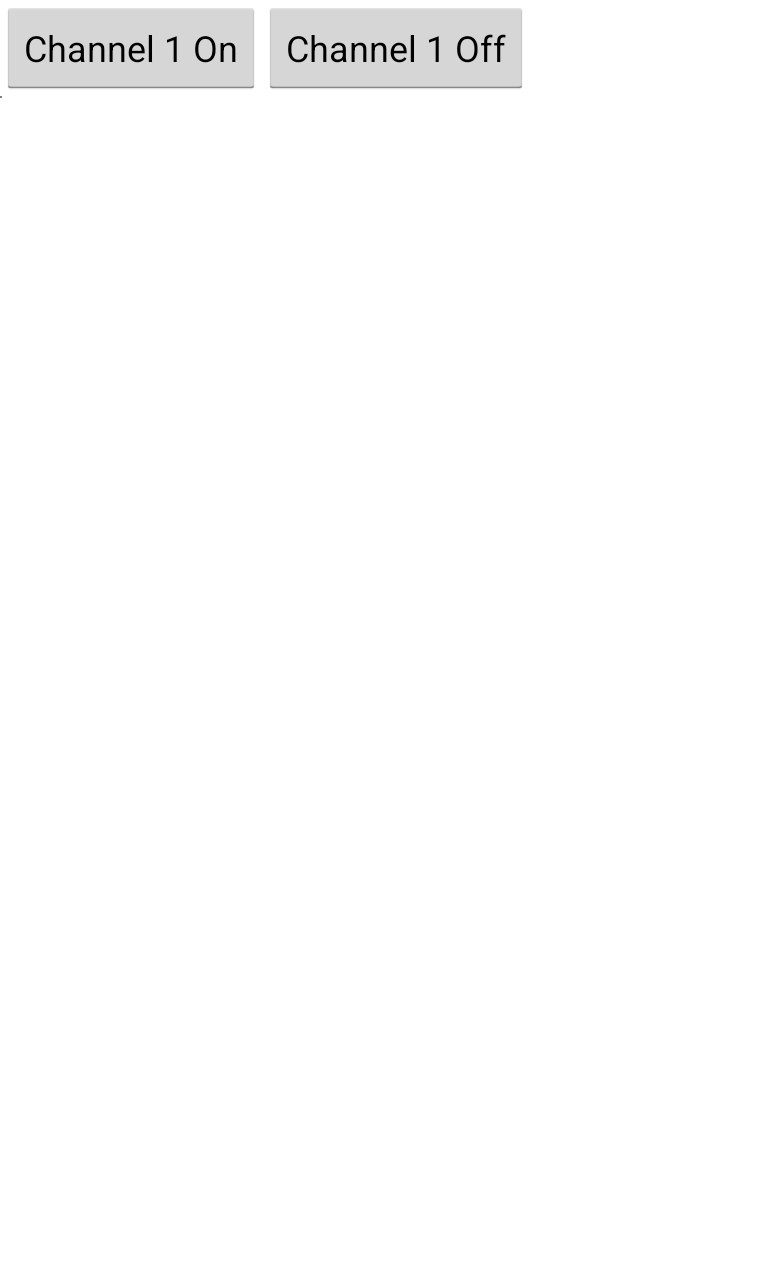
Repository: AungWinnHtut/projAndroid
Layout: GPIO/res/layout/activity_main.xml
These files come from the project's save history. The layout is drawn as it stood at one moment and after the next save; the edit follows.
It is drawn on a 768 x 1280 px phone screen (xhdpi) without system bars, with theme AppTheme; the app's code is not run.

Above is the layout before, as saved 2015-08-22 05:09:45.

### GPIO/res/layout/activity_main.xml
<LinearLayout xmlns:android="http://schemas.android.com/apk/res/android"
    xmlns:tools="http://schemas.android.com/tools"
    android:layout_width="match_parent"
    android:layout_height="match_parent"
    android:orientation="vertical" >

    <LinearLayout
        android:layout_width="match_parent"
        android:layout_height="wrap_content"
        android:orientation="horizontal" >

        <Button
            android:id="@+id/button1"
            android:layout_width="wrap_content"
            android:layout_height="wrap_content"
            android:onClick="funOn"
            android:text="Channel 1 On" />

        <Button
            android:id="@+id/button2"
            android:layout_width="wrap_content"
            android:layout_height="wrap_content"
            android:onClick="funOff"
            android:text="Channel 1 Off" />
    </LinearLayout>

    <WebView
        android:id="@+id/web1"
        android:layout_width="1dp"
        android:layout_height="1dp"
        android:layout_toRightOf="@+id/button1" />

</LinearLayout>

Loaded but not shown: GPIO/res/values-v11/styles.xml (common file); GPIO/res/values-v14/styles.xml (common file); GPIO/res/values/styles.xml (common file)

After the next save:
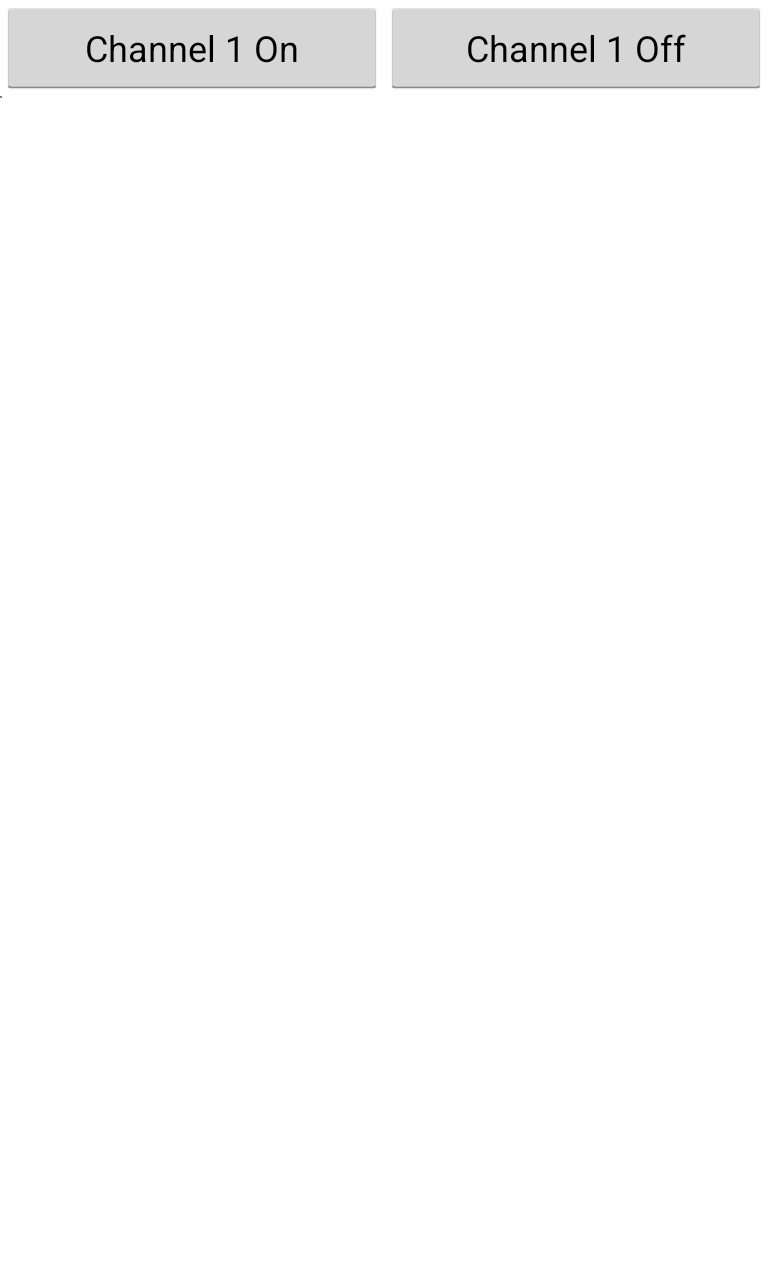
Saved 45 s later.
--- a/GPIO/res/layout/activity_main.xml
+++ b/GPIO/res/layout/activity_main.xml
@@ -11,14 +11,16 @@
 
         <Button
             android:id="@+id/button1"
-            android:layout_width="wrap_content"
+            android:layout_width="0dp"
+            android:layout_weight="1"
             android:layout_height="wrap_content"
             android:onClick="funOn"
             android:text="Channel 1 On" />
 
         <Button
             android:id="@+id/button2"
-            android:layout_width="wrap_content"
+            android:layout_width="0dp"
+            android:layout_weight="1"
             android:layout_height="wrap_content"
             android:onClick="funOff"
             android:text="Channel 1 Off" />
